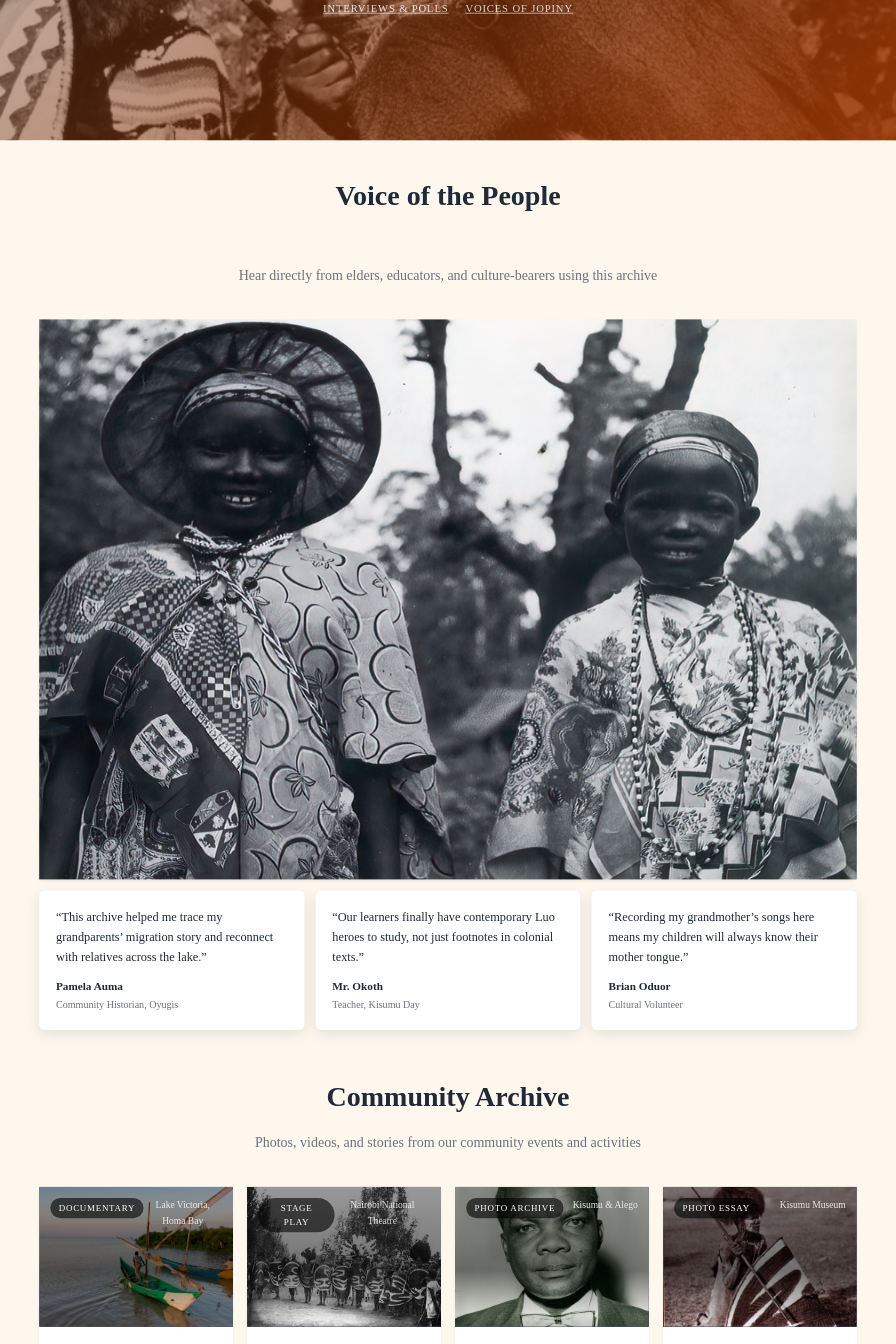
Repository: ianfranko/luo-community-history
Page: /
An editor plug-in stored every save of this project. The page is shown before and after the next save, followed by the edit.
The browser window is 1280 px wide. The pictures show the part of the page from y = 515 to 2435 px (the page is 4336 px tall before and 4304 px after), at 70% of full size.
The project was rebuilt for these pictures with package versions that can differ from the ones it lists, and the page was loaded fresh each time. The framework's server and built-in components were replaced by stand-ins that run in the browser. Also part of the build but not shown: next.config.ts.

Above is the page before, as saved 2025-11-23 06:51:20.

### src/app/layout.tsx
import type { Metadata } from "next";
import { Geist, Geist_Mono } from "next/font/google";
import "./globals.css";
import Layout from "@/components/Layout";

const geistSans = Geist({
  variable: "--font-geist-sans",
  subsets: ["latin"],
});

const geistMono = Geist_Mono({
  variable: "--font-geist-mono",
  subsets: ["latin"],
});

export const metadata: Metadata = {
  title: "Luo League of Nations",
  description: "Preserving and sharing the rich cultural heritage and history of the Luo people",
  icons: {
    icon: "/LLNLOGO.svg",
    shortcut: "/LLNLOGO.svg",
    apple: "/LLNLOGO.svg",
  },
};

export default function RootLayout({
  children,
}: Readonly<{
  children: React.ReactNode;
}>) {
  return (
    <html lang="en">
      <body
        className={`${geistSans.variable} ${geistMono.variable} antialiased`}
      >
        <Layout>{children}</Layout>
      </body>
    </html>
  );
}

### src/app/page.tsx
'Use client';
import Image from 'next/image'
import Link from 'next/link'
import { ArrowRight } from 'lucide-react'

export default function Home() {
  const galleryItems = [
    {
      image: '/Fishermen-on-Lake-Victoria-in-Uganda.webp',
      title: 'Documentary Films',
      description: 'Explore the fascinating history of the Luo community, from ancient traditions to modern developments.',
      alt: 'Luo fishermen casting their nets on Lake Victoria at sunrise',
      category: 'Heritage Films',
      location: 'Lake Victoria, Homa Bay',
      year: '1962 archive',
      mediaType: 'Documentary',
      ctaLabel: 'Watch Film',
      href: '/Gallery'
    },
    {
      image: '/hero.jpeg',
      title: 'Plays and Theatre',
      description: 'Discover the unique cultural practices, traditions, and values that define the Luo community.',
      alt: 'Actors performing a traditional Luo play on stage',
      category: 'Performance Arts',
      location: 'Nairobi National Theatre',
      year: '1978 revival',
      mediaType: 'Stage Play',
      ctaLabel: 'View Script',
      href: '/culture'
    },
    {
      image: '/Kodhek Argwins.png',
      title: 'Notable People',
      description: 'Learn about influential Luo leaders, elders, and community members who shaped our history.',
      alt: 'Archival portrait of Argwings Kodhek',
      category: 'Community Voices',
      location: 'Kisumu & Alego',
      year: '1960s oral records',
      mediaType: 'Photo Archive',
      ctaLabel: 'View Profile',
      href: '/people'
    },
    {
      image: '/Guerrier_Luo.jpeg',
      title: 'Historical Places',
      description: 'Visit significant locations and landmarks that hold cultural and historical importance.',
      alt: 'Historic Luo warrior statue in Kisumu museum',
      category: 'Sites & Landmarks',
      location: 'Kisumu Museum',
      year: '1930s exhibit',
      mediaType: 'Photo Essay',
      ctaLabel: 'Explore Site',
      href: '/places'
    },

  ]

  const galleryThemes = ['All', ...new Set(galleryItems.map((item) => item.category))]

  const stats = [
    { number: '200+', label: 'Historical Articles' },
    { number: '100+', label: 'Cultural Stories' },
    { number: '20+', label: 'Documentaries' },
    { number: '25+', label: 'Historical Places' }
  ]

  const sectionLinks = [
    { href: '#gallery', label: 'Interviews & Polls' },
    { href: '#stories', label: 'Voices of Jopiny' },
  ]

  const valueProps = [
    {
      title: 'Archive Access',
      description: 'Digitised oral histories, ceremonies, and timelines ready to explore.',

    },
    {
      title: 'Community Voices',
      description: 'Stories curated with elders, scholars, and youth leaders.',

    },
    {
      title: 'Living Culture',
      description: 'Guides on language, music, crafts, and celebrations to keep traditions alive.',

    }
  ]

  const featuredStories = [
    {
      title: 'The Origins of Luo Migration',
      description: 'Explore the fascinating journey of the Luo people and their settlement patterns across East Africa.',
      href: '/culture',
      image: '/657152Ew0bLSIn.jpg',
      era: '15th Century',
      region: 'Lake Victoria Basin',
      format: 'Longform'
    },
    {
      title: 'Traditional Luo Ceremonies',
      description: 'Learn about the rich ceremonial traditions that mark important life events in Luo culture.',
      href: '/culture',
      image: '/Fishermen-on-Lake-Victoria-in-Uganda.webp',
      era: 'Generational',
      region: 'Siaya & Migori',
      format: 'Photo Essay'
    },
    {
      title: 'JoAlego',
      description: 'Discover the rich culture of the JoAlego, and their journey to their current settlement.',
      href: '/people',
      image: '/Kenia-Lake_Victoria-Fischer.webp',
      era: '20th Century',
      region: 'Alego-Kogelo',
      format: 'Audio + Transcript'
    }
  ]

  const testimonials = [
    {
      quote: 'This archive helped me trace my grandparents’ migration story and reconnect with relatives across the lake.',
      name: 'Pamela Auma',
      title: 'Community Historian, Oyugis'
    },
    {
      quote: 'Our learners finally have contemporary Luo heroes to study, not just footnotes in colonial texts.',
      name: 'Mr. Okoth',
      title: 'Teacher, Kisumu Day'
    },
    {
      quote: 'Recording my grandmother’s songs here means my children will always know their mother tongue.',
      name: 'Brian Oduor',
      title: 'Cultural Volunteer'
    }
  ]

  return (
    <>
      {/* Hero Section */}
      <section className="hero">
        <div className="container">
          <div className="hero-content text-center">
            <h1 className="text-5xl font-bold mb-6">
            Wan JoLuo And We Are Proud
            </h1>
            <p className="text-xl mb-8" style={{ maxWidth: '600px', margin: '0 auto 2rem' }}>
            Awakening the Luo community to its full cultural, intellectual, and economic potential. Restoring unity, and purpose among our people.
            </p>

            {/* CTA Buttons */}
            <div style={{ display: 'flex', gap: '1rem', justifyContent: 'center', flexWrap: 'wrap' }}>
              <Link href="/culture" className="btn btn-primary">
                Join Community
              </Link>
              <Link href="/Gallery" className="btn btn-primary">
                View Literature Archive
              </Link>
            </div>
            <nav style={{ marginTop: '2rem' }}>
              <ul style={{ display: 'flex', gap: '1.5rem', justifyContent: 'center', flexWrap: 'wrap', fontSize: '0.95rem', textTransform: 'uppercase', letterSpacing: '0.08em', listStyle: 'none', padding: 0 }}>
                {sectionLinks.map((link) => (
                  <li key={link.href}>
                    <a href={link.href} style={{ color: 'rgba(255,255,255,0.8)' }}>{link.label}</a>
                  </li>
                ))}
              </ul>
            </nav>
          </div>
        </div>
      </section>

      {/* Stats Section
      <section className="section bg-white" style={{ padding: '1rem 0' }}>
        <div className="container">
          <div className="stats-grid">
            {stats.map((stat, index) => (
              <div key={index} className="stat-item">
                <span className="stat-number">{stat.number}</span>
                <span className="stat-label">{stat.label}</span>
              </div>
            ))}
          </div>
        </div>
      </section>*/}
      <section
  id="voices"
  className="h-screen flex flex-col items-center justify-start overflow-hidden pt-6"
>
  <div className="container max-w-6xl mx-auto flex flex-col h-full">

    {/* Title */}
    <h2 className="section-title py-12 text-center mb-1">Voice of the People</h2>

    {/* Subtitle */}
    <p className="section-subtitle text-center mb-4">
      Hear directly from elders, educators, and culture-bearers using this archive
    </p>

    {/* IMAGE (fixed height, always fits) */}
    <div className="flex justify-center mb-4">
      <Image
        src="/luo_03.jpg"
        alt="Community Archive"
        width={1600}
        height={800}
        className="object-cover w-full max-w-4xl max-h-[32vh] shadow"
      />
    </div>

    {/* TESTIMONIALS — auto-fill remaining space */}
    <div className="grid grid-cols-1 md:grid-cols-3 gap-4 flex-grow overflow-hidden">
      {testimonials.map((voice) => (
        <blockquote key={voice.name} className="testimonial-card overflow-hidden p-4">
          <p className="testimonial-quote text-sm">
            “{voice.quote}”
          </p>
          <div className="testimonial-author mt-2">
            <span className="author-name font-semibold">{voice.name}</span>
            <br />
            <span className="author-title text-xs">{voice.title}</span>
          </div>
        </blockquote>
      ))}
    </div>
  </div>
</section>


      {/* Gallery Section */}
      <section className="section" id="gallery">
        <div className="container">
          <h2 className="section-title">Community Archive</h2>
          <p className="section-subtitle">
            Photos, videos, and stories from our community events and activities
          </p>
          <div
            className="feature-grid"
            style={{
              gap: '1.25rem',
              gridTemplateColumns: 'repeat(auto-fit, minmax(220px, 1fr))'
            }}
          >
            {galleryItems.map((item, index) => (
              <article
                key={index}
                className="feature-card"
                style={{ padding: 0, overflow: 'hidden', maxWidth: '360px', margin: '0 auto' }}
              >
                <div
                  className="gallery-card-image"
                  style={{ position: 'relative', height: '200px', width: '100%' }}
                >
                  <Image
                    src={item.image}
                    alt={item.alt}
                    fill
                    sizes="(max-width: 768px) 100vw, (max-width: 1200px) 50vw, 33vw"
                    priority={index === 0}
                    style={{ objectFit: 'cover' }}
                  />
                  <div
                    style={{
                      position: 'absolute',
                      inset: 0,
                      display: 'flex',
                      justifyContent: 'space-between',
                      alignItems: 'flex-start',
                      padding: '1rem',
                      background:
                        'linear-gradient(180deg, rgba(0,0,0,0.4) 0%, rgba(0,0,0,0.55) 60%, rgba(0,0,0,0) 100%)'
                    }}
                  >
                    <span
                      style={{
                        padding: '0.25rem 0.75rem',
                        borderRadius: '999px',
                        backgroundColor: 'rgba(0,0,0,0.6)',
                        color: 'white',
                        fontSize: '0.8rem',
                        textTransform: 'uppercase',
                        letterSpacing: '0.08em'
                      }}
                    >
                      {item.mediaType}
                    </span>
                    <span style={{ color: 'rgba(255,255,255,0.85)', fontSize: '0.85rem' }}>
                      {item.location}
                    </span>
                  </div>
                </div>
                <div style={{ padding: '1.5rem' }}>
                  <div
                    style={{
                      display: 'flex',
                      flexWrap: 'wrap',
                      gap: '0.5rem',
                      fontSize: '0.85rem',
                      color: 'var(--muted)',
                      marginBottom: '0.5rem'
                    }}
                  >
                    <span>{item.category}</span>
                    <span>•</span>
                    <span>{item.year}</span>
                  </div>
                  <h3 className="feature-title" style={{ marginBottom: '0.35rem' }}>
                    {item.title}
                  </h3>
                  <p className="feature-description" style={{ marginBottom: '1rem' }}>
                    {item.description}
                  </p>
                  <Link
                    href={item.href}
                    className="btn btn-link"
                    style={{
                      display: 'inline-flex',
                      alignItems: 'center',
                      gap: '0.4rem',
                      padding: 0,
                      fontWeight: 600
                    }}
                    aria-label={`${item.ctaLabel} for ${item.title}`}
                  >
                    {item.ctaLabel}
                    <ArrowRight size={16} />
                  </Link>
                </div>
              </article>
            ))}
          </div>
          <div
            style={{
              marginTop: '2rem',
              display: 'flex',
              justifyContent: 'center',
              width: '100%'
            }}
          >
            <Link href="/Gallery" className="btn btn-outline" style={{ fontSize: '0.9rem' }}>
              Submit Your Story
              <ArrowRight size={16} />
            </Link>
          </div>
        </div>
      </section>
      {/* Featured Content Section */}
      <section className="section bg-white" id="stories">
        <div className="container">
          <h2 className="section-title">Featured Stories</h2>
          <p className="section-subtitle">
            Discover the most popular and recent additions to our community archive
          </p>

          <div className="grid grid-cols-1 md:grid-cols-3 gap-6">
            {featuredStories.map((story) => (
              <div className="card" key={story.title}>
                <div
                  style={{
                    position: 'relative',
                    height: '200px',
                    width: '100%',
                    borderRadius: '12px 12px 0 0',
                    overflow: 'hidden'
                  }}
                >
                  <Image
                    src={story.image}
                    alt={story.title}
                    fill
                    sizes="(max-width: 768px) 100vw, (max-width: 1200px) 50vw, 33vw"
                    style={{ objectFit: 'cover' }}
                  />
                  <div
                    style={{
                      position: 'absolute',
                      inset: 0,
                      background:
                        'linear-gradient(180deg, rgba(0,0,0,0.35) 0%, rgba(0,0,0,0.6) 100%)',
                      display: 'flex',
                      alignItems: 'flex-end',
                      justifyContent: 'flex-start',
                      padding: '1rem'
                    }}
                  >
                    <span style={{ color: 'white', fontSize: '0.85rem', letterSpacing: '0.08em' }}>{story.format}</span>
                  </div>
                </div>
                <div className="card-body">
                  <div style={{ display: 'flex', gap: '0.5rem', flexWrap: 'wrap', fontSize: '0.85rem', color: 'var(--muted)' }}>
                    <span>{story.era}</span>
                    <span>•</span>
                    <span>{story.region}</span>
                  </div>
                  <h3 className="card-title" style={{ marginTop: '0.5rem' }}>{story.title}</h3>
                  <p className="card-text">{story.description}</p>
                  <Link href={story.href} className="btn btn-primary" style={{ marginTop: '1rem' }}>
                    Read More
                    <ArrowRight size={16} />
                  </Link>
                </div>
              </div>
            ))}
          </div>
        </div>
      </section>

      {/* Call to Action Section */}
      <section className="section bg-gradient" style={{ color: 'white' }}>
        <div
          className="container"
          style={{
            display: 'grid',
            gap: '2rem',
            gridTemplateColumns: 'repeat(auto-fit, minmax(280px, 1fr))',
            alignItems: 'center'
          }}
        >
          <div>
            <p
              className="eyebrow"
              style={{
                color: 'rgba(255,255,255,0.85)',
                letterSpacing: '0.12em',
                textAlign: 'left'
              }}
            >
              Community Call
            </p>
            <h2 className="section-title" style={{ color: 'white', textAlign: 'left' }}>
              Be Part of Our Story
            </h2>
            <p
              className="section-subtitle"
              style={{
                color: 'rgba(255, 255, 255, 0.9)',
                textAlign: 'left',
                marginLeft: 0,
                marginRight: 0
              }}
            >
              Your support powers oral-history digitization, artifact curation, and hands-on workshops that keep Luo heritage accessible.
            </p>
            <div
              style={{
                display: 'flex',
                gap: '1rem',
                flexWrap: 'wrap',
                marginTop: '1.5rem'
              }}
            >
              <Link
                href="/culture"
                className="btn btn-primary"
                aria-label="Support Luo culture digitization"
                style={{ backgroundColor: 'white', color: '#111', borderColor: 'white' }}
              >
                Support Digitization
                <ArrowRight size={18} />
              </Link>
              <Link
                href="/about"
                className="btn btn-outline"
                aria-label="Learn more about our mission"
                style={{
                  borderColor: 'rgba(255,255,255,0.6)',
                  color: 'white',
                  backgroundColor: 'transparent'
                }}
              >
                Learn More
                <ArrowRight size={18} />
              </Link>
            </div>
            <span style={{ marginTop: '0.75rem', display: 'inline-block', color: 'rgba(255,255,255,0.85)' }}>
              Every contribution equips field teams with scanners, storage, and volunteer training.
            </span>
          </div>

          <div className="cta-card cta-card-gradient">
            <div className="cta-stat">4,200+</div>
            <p className="cta-label">Artifacts digitized with village archives</p>
            <p className="cta-body">Join 120+ volunteers safeguarding oral histories across Nyanza and beyond.</p>
          </div>
        </div>
      </section>
    </>
  )
}

Loaded but not shown: src/app/globals.css (929 lines, source omitted); src/components/Layout.tsx (231 lines, source omitted)

After the next save:
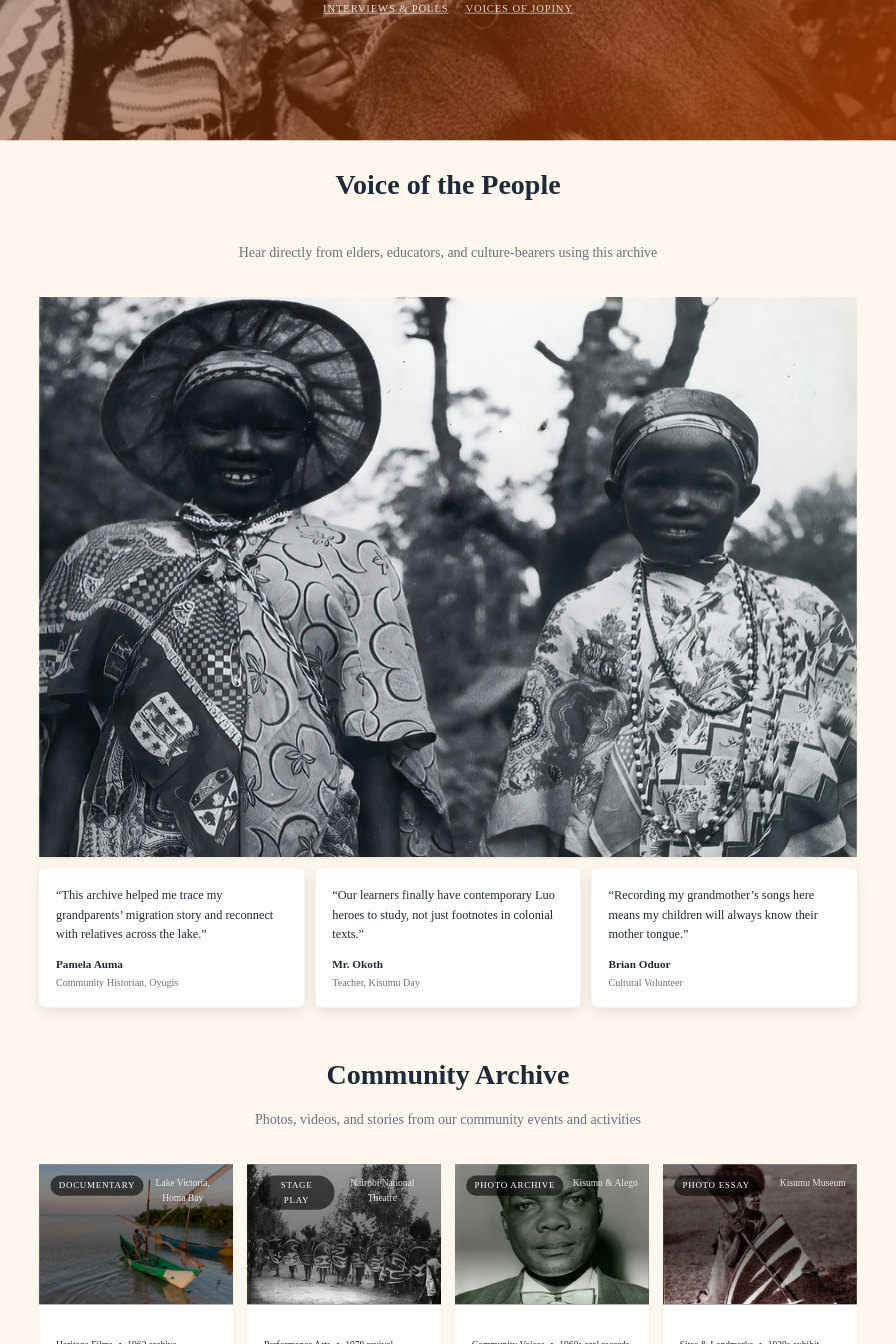
Saved 15 s later.
--- a/src/app/page.tsx
+++ b/src/app/page.tsx
@@ -191,7 +191,7 @@ export default function Home() {
   <div className="container max-w-6xl mx-auto flex flex-col h-full">
 
     {/* Title */}
-    <h2 className="section-title py-12 text-center mb-1">Voice of the People</h2>
+    <h2 className="section-title py-8 text-center mb-1">Voice of the People</h2>
 
     {/* Subtitle */}
     <p className="section-subtitle text-center mb-4">
